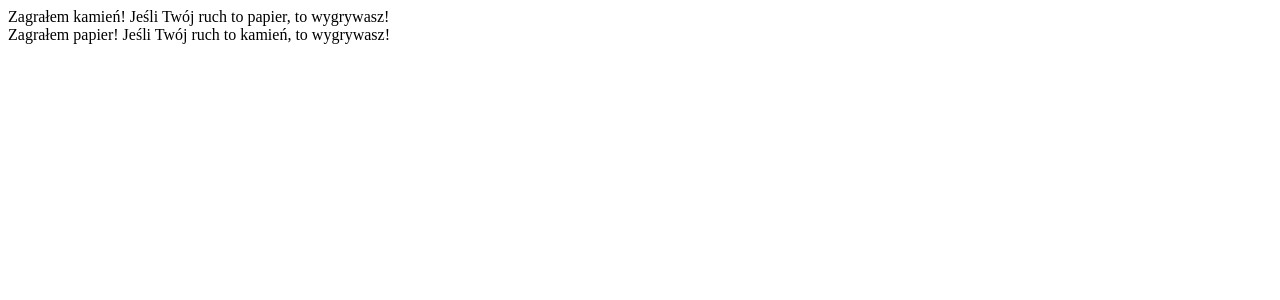
Repository: sign94/game1
Page: index.html
The author's editor kept a copy of each file at every save. The page is drawn from the files as they stood at one save, then again after the next save.
The browser window is 1280 px wide. The pictures show the whole page.

Above is the page before, as saved 2020-02-06 18:17:59.
Console error: ReferenceError: roundNumber is not defined

### js/script.js
let computerMove = `kamień`;
    printMessage('Zagrałem ' + computerMove + '! Jeśli Twój ruch to papier, to wygrywasz!');

let playerMove = `papier`;
    printMessage('Zagrałem ' + playerMove + '! Jeśli Twój ruch to kamień, to wygrywasz!');

let randomNumber = Math.floor(Math.random() * 3 + 1);
    printMessage('Liczba po zaokrągleniu w dół to: ' + roundNumber);

Loaded but not shown: index.html (common file); js/functions.js (common file); css/style.css (no stored copy; drawn as an empty file)

After the next save:
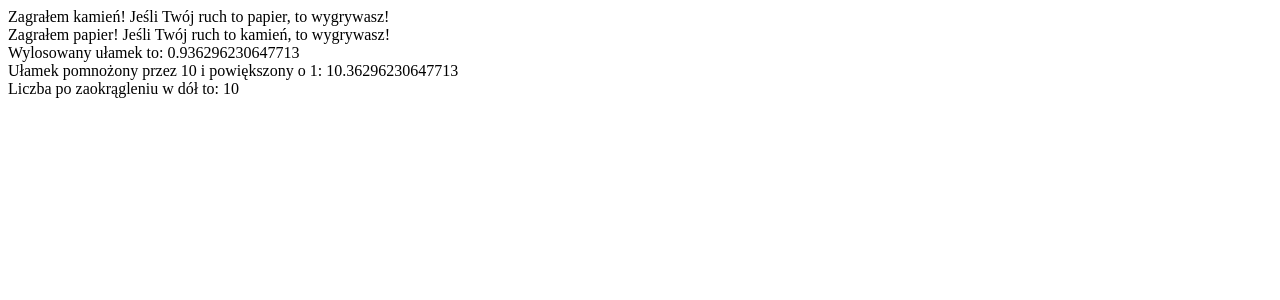
The error is gone.
Saved 40 s later.
--- a/js/script.js
+++ b/js/script.js
@@ -4,5 +4,14 @@ let computerMove = `kamień`;
 let playerMove = `papier`;
     printMessage('Zagrałem ' + playerMove + '! Jeśli Twój ruch to kamień, to wygrywasz!');
 
-let randomNumber = Math.floor(Math.random() * 3 + 1);
+    let randomFraction = Math.random();
+
+    printMessage('Wylosowany ułamek to: ' + randomFraction);
+
+    let calculation = randomFraction * 10 + 1;
+
+    printMessage('Ułamek pomnożony przez 10 i powiększony o 1: ' + calculation);
+
+    let roundNumber = Math.floor(calculation);
+
     printMessage('Liczba po zaokrągleniu w dół to: ' + roundNumber);
